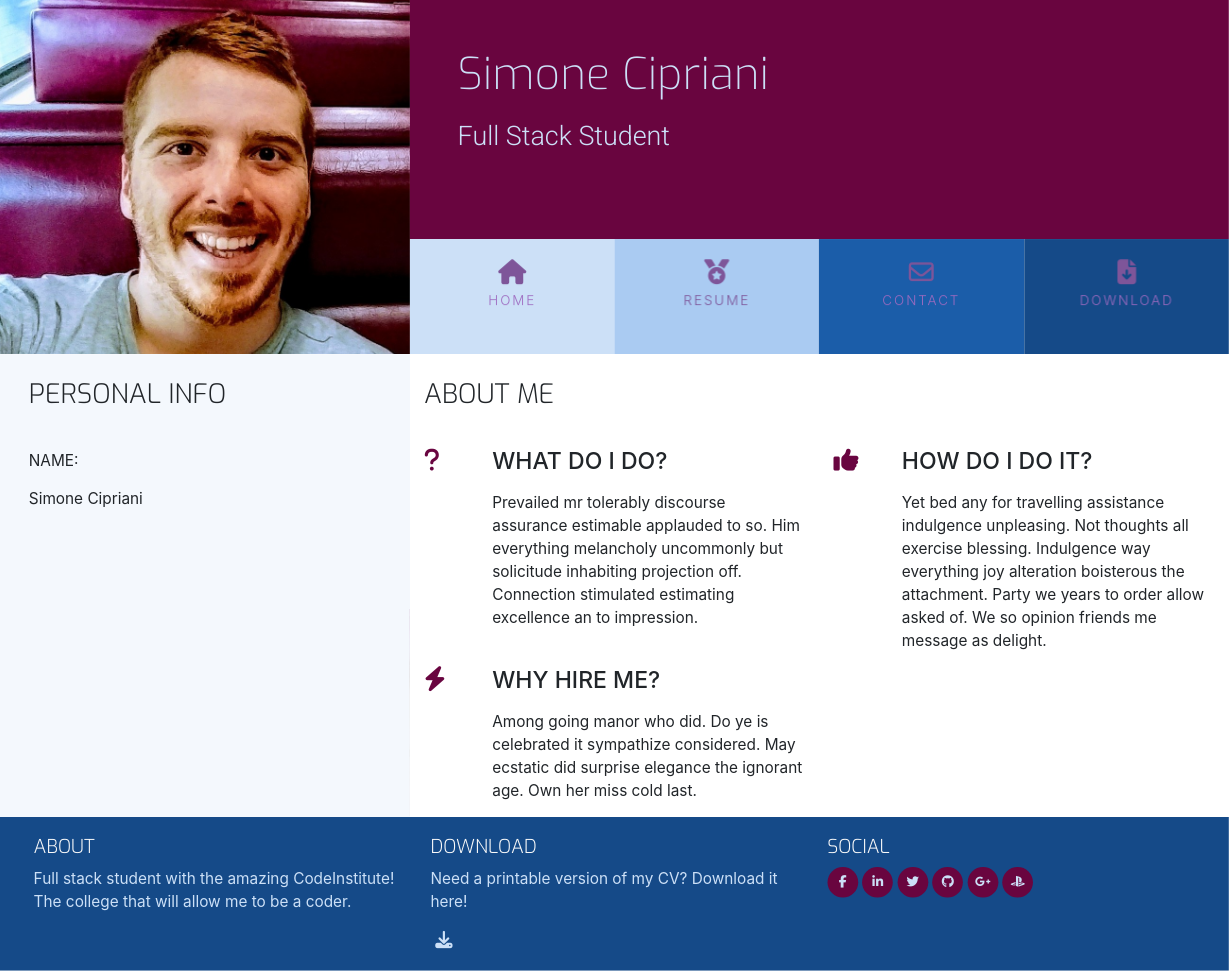
Repository: cipsim/resume
Page: index.html
The author's editor kept a record of every edit. The page is drawn from the files as they stood at one moment, then again after the next edit.
The browser window is 1280 px wide. The pictures show the whole page, at 96% of full size.
Some web libraries are served in a nearby version.

Above is the page before.

### index.html
<!DOCTYPE html>
<html lang="en">

<head>
    <meta charset="UTF-8">
    <meta name="viewport" content="width=device-width, initial-scale=1.0">
    <meta http-equiv="X-UA-Compatible" content="ie=edge">
    <link rel="stylesheet" href="https://stackpath.bootstrapcdn.com/bootstrap/4.3.1/css/bootstrap.min.css" integrity="sha384-ggOyR0iXCbMQv3Xipma34MD+dH/1fQ784/j6cY/iJTQUOhcWr7x9JvoRxT2MZw1T" crossorigin="anonymous">
    <script src="https://kit.fontawesome.com/0dc9a7af2a.js"></script>
    <link rel="stylesheet" href="https://cdnjs.cloudflare.com/ajax/libs/hover.css/2.3.1/css/hover-min.css" type="text/css" />
    <link rel="stylesheet" href="assets/css/style.css" type="text/css" />
    <title>Simone</title>
</head>

<body>

    <header>
        <div class="row no-gutters">
            <a class="col-md-4 logo" href="index.html"></a>
            <div class="col-md-8">
                <div class="row no-gutters bg-color-name-title">
                    <div class="col heading">
                        <h1 class="name">Simone Cipriani</h1>
                        <h2 class="title">Full Stack Student</h2>
                    </div>
                </div>
                <div class="row no-gutters">
                    <div class="col">
                        <ul id="nav" class="list-inline menucontainer">
                            <li class="col-6 col-sm-3 ui-menu-color-home list-inline-item menuitem">
                                <a href="#" class="hvr-shutter-out-horizontal"><i class="fas fa-home" aria-hidden="true"></i><span>Home</span></a>
                            </li>
                            <li class="col-6 col-sm-3 ui-menu-color-resume list-inline-item menuitem">
                                <a href="#" class="hvr-shutter-out-horizontal"><i class="fas fa-medal" aria-hidden="true"></i><span>Resume</span></a>
                            </li>
                            <li class="col-6 col-sm-3 ui-menu-color-contact list-inline-item menuitem">
                                <a href="#" class="hvr-shutter-out-horizontal"><i class="far fa-envelope" aria-hidden="true"></i><span>Contact</span></a>
                            </li>
                            <li class="col-6 col-sm-3 ui-menu-color-download list-inline-item menuitem">
                                <a href="#" class="hvr-shutter-out-horizontal"><i class="fas fa-file-download" aria-hidden="true"></i><span>Download</span></a>
                            </li>
                        </ul>
                    </div>
                </div>
            </div>
        </div>
    </header>
    <section class="container-fluid">
        <div class="row">
            <div class="col-md-4 bg-color-personal-info section-column">
                <div class="row">
                    <div class="col-12">
                       <h3 class="section-heading uppercase">
                           Personal Info
                       </h3>
                    </div>
                </div>
                <div class="personal-info-item">
                    <div class="key">
                        <p class="uppercase">
                            Name:
                        </p>
                    </div>
                    <div class="value">
                        <p>
                            Simone Cipriani
                        </p>
                    </div>
                </div>
            </div>
            <div class="col-md-8 bg-color-three-reasons">
                <div class="row">
                    <div class="col">
                        <h3 class="section-heading uppercase">About me</h3>
                    </div>
                </div>
                <div class="row">
                    <div class="col-10 offset-1 offset-sm-0 col-sm-4 col-md-6">
                        <div class="row">
                            <div class="col-2">
                                <i class="three-reasons-icon fa fa-question" aria-hidden="true"></i>
                                </div>
                                <div class="col-10">
                                    <h4 class="three-reasons-heading uppercase">What do i do?</h4>
                                    <p>Prevailed mr tolerably discourse assurance estimable applauded to so.
                                    Him everything melancholy uncommonly but solicitude inhabiting projection off.
                                    Connection stimulated estimating excellence an to impression. </p>
                                </div>
                        </div>
                    </div>
                    <div class="col-10 offset-1 offset-sm-0 col-sm-4 col-md-6">
                        <div class="row">
                            <div class="col-2">
                                <i class="three-reasons-icon fa fa-thumbs-up" aria-hidden="true"></i>
                                </div>
                                <div class="col-10">
                                    <h4 class="three-reasons-heading uppercase">How do i do it?</h4>
                                    <p>Yet bed any for travelling assistance indulgence unpleasing. Not thoughts all exercise blessing.
                                    Indulgence way everything joy alteration boisterous the attachment.
                                    Party we years to order allow asked of. We so opinion friends me message as delight. </p>
                                </div>
                        </div>
                    </div>
                    <div class="col-10 offset-1 offset-sm-0 col-sm-4 col-md-6">
                        <div class="row">
                            <div class="col-2">
                                <i class="three-reasons-icon fa fa-bolt" aria-hidden="true"></i>
                                </div>
                                <div class="col-10">
                                    <h4 class="three-reasons-heading uppercase">Why hire me?</h4>
                                    <p>Among going manor who did.
                                    Do ye is celebrated it sympathize considered.
                                    May ecstatic did surprise elegance the ignorant age.
                                    Own her miss cold last. </p>
                                </div>
                        </div>
                    </div>
                </div>
            </div>
        </div>

    </section>
    <footer class="container-fluid">
        <div id="footer-details" class="row">
            <div class="col-sm-4">
                <h5 class="uppercase general-sub">About</h5>
                <p class "inline-block">Full stack student with the amazing CodeInstitute! The college that will allow me to be a coder.</p>
            </div>
            <div class="col-sm-4">
                <h5 class="uppercase general-sub">Download</h5>
                <p class="inline-block">Need a printable version of my CV? Download it here!</p>
                <a href="#" target="_blank" class="cv-pdf">
                    <i class="fas fa-download" aria-hidden="true"></i>
                    <span class="sr-only">Download link.</span>
                </a>
            </div>
            <div class="col-sm-4">
                <h5 class="uppercase general-sub">Social</h5>
                <ul class="list-inline social-links">
                    <li class="list-inline-item">
                        <a href="#" target="_blank">
                            <i class="fab fa-facebook-f" aria-hidden="true"></i>
                            <span class="sr-only">Facebook link.</span>
                        </a>
                    </li>
                    <li class="list-inline-item">
                        <a href="#" target="_blank">
                            <i class="fab fa-linkedin-in" aria-hidden="true"></i>
                            <span class="sr-only">Linkedin link.</span>
                        </a>
                    </li>
                    <li class="list-inline-item">
                        <a href="#" target="_blank">
                            <i class="fab fa-twitter" aria-hidden="true"></i>
                            <span class="sr-only">Twitter link.</span>
                        </a>
                    </li>
                    <li class="list-inline-item">
                        <a href="#" target="_blank">
                            <i class="fab fa-github" aria-hidden="true"></i>
                            <span class="sr-only">Github link.</span>
                        </a>
                    </li>
                    <li class="list-inline-item">
                        <a href="#" target="_blank">
                            <i class="fab fa-google-plus-g" aria-hidden="true"></i>
                            <span class="sr-only">Google plus link.</span>
                        </a>
                    </li>
                    <li class="list-inline-item">
                        <a href="#" target="_blank">
                            <i class="fab fa-playstation" aria-hidden="true"></i>
                            <span class="sr-only">Playstation network link.</span>
                        </a>
                    </li>
                </ul>
            </div>
        </div>

    </footer>

</body>

</html>

### assets/css/style.css
@import url('https://fonts.googleapis.com/css?family=Roboto:100,200,300,400,500,600,700|Exo:100,200,300,400,500,600,700&display=swap');

/*--------------Colors-----------*/

.bg-color-name-title {
    background-color: #69053f;
}

.bg-color-three-reasons {
    background-color:#fff;
}

.ui-menu-color-home {
    background-color: #cce0f7;
}

.ui-menu-color-resume {
    background-color: #aacbf2;
}

.ui-menu-color-contact {
    background-color: #1b5da9;
}

.ui-menu-color-download {
    background-color: #154a88;
}

.bg-color-personal-info{
    background-color: #f4f8fd;
}

/*--------------Heading-----------*/

header {
    margin: 0;
}

.heading {
    margin-left: 50px;
}

.logo {
    background: url(../images/logo.jpg);
    background-position: center;
    background-repeat: no-repeat;
    background-size: cover;
    min-height: 360px;
    transition: all .5s ease-in-out;
    -moz-transition: all .5s ease-in-out;
    -webkit-transition: all .5s ease-in-out;
}

.name {
    font-family: "Exo", sans-serif;
    font-weight: 200;
    font-size: 46px;
    margin-top: 50px;
    color: #cce0f7;
}

.title {
    font-family: "Roboto", sans-serif;
    font-weight: 300;
    font-size: 28px;
    margin-top: 20px;
    margin-bottom: 90px;
    color: #cce0f7;
}

.list-inline-item:not(:last-child) {
    margin: 0;
}

.menucontainer {
    font-size: 0;
}

#nav {
    margin-bottom: 0;
}

#nav li {
    font-size: 14px;
    padding: 0;
}

.menuitem {
    height: 120px;
    text-align: center;
    padding: 0;
}

.menuitem a {
    width: 100%;
    text-decoration: none;
    color: #9e6bc0;
    height: 120px;
}

.menuitem a i {
    padding-top: 22px;
    display: block;
    color: #7E5599;
    font-size: 26px;
}

.ui-menu-color-resume a {
    color: #7E5599;
}

.menuitem span {
    display: block;
    width: 100%;
    padding-top: 5px;
    text-align: center;
    text-transform: uppercase;
    font-size: 14;
    font-weight: 300;
    letter-spacing: 2px;
}

/*--------------Hover-----------*/

.hvr-shutter-out-horizontal {
    background-color: transparent;
}

.hvr-shutter-out-horizontal:before {
    background-color: rgba(0, 0, 0, 0.3)
}

.menuitem:hover a i {
    color: #cce0f7;
}

/*--------------Special margins/paddings/text-----------*/

h1,
h2,
h3,
h4 {
    margin: 0;
}

.uppercase {
    text-transform: uppercase;
}

.general-sub {
    font-family: "Exo", sans-serif;
    font-weight: 300;
    color: #fafafa;
}

.inline-block {
    display: inline-block;
}

.row-table {
    display: table;
}

.section-column {
    display: table-cell;
    padding: 0 30px 30px;
    float: none;
}

.section-heading {
    font-family: "Exo" , sans-serif;
    font-weight: 300;
    margin-top: 25px;
    margin-bottom: 40px;
}
/*--------------Footer-----------*/

footer {
    background-color: #154a88;
    color: #cce0f7;
    min-height: 120px;
}

#footer-details {
    padding: 20px;
}

.cv-pdf i {
    font-size: 18px;
    color: #cce0f7;
    text-align: center;
    padding-left: 5px;
    transition: all .35s ease-in-out;
    -o-transition: all .35s ease-in-out;
    -moz-transition: all .35s ease-in-out;
    -webkit-transition: all .35s ease-in-out;
}

.cv-pdf i:hover {
    color: #cc7c57;
}

.social-links {
    padding-bottom: 15px;
}

.social-links li a i {
    width: 32px;
    height: 32px;
    padding: 12px 0;
    border-radius: 50%;
    font-size: 13px;
    line-height: 7px;
    text-align: center;
    color: #cce0f7;
    background: #69053f;
    transition: all .35s ease-in-out;
    -o-transition: all .35s ease-in-out;
    -moz-transition: all .35s ease-in-out;
    -webkit-transition: all .35s ease-in-out;
}

.social-links li a i:hover {
    background: #cc7c57;
    color: #69053f;
}

/*--------------Three reasons-----------*/

.three-reasons-icon {
    font-size: 26px;
    color: #690540;
}

.three-reasons-heading {
    margin-bottom: 15px;
}

After the next edit:
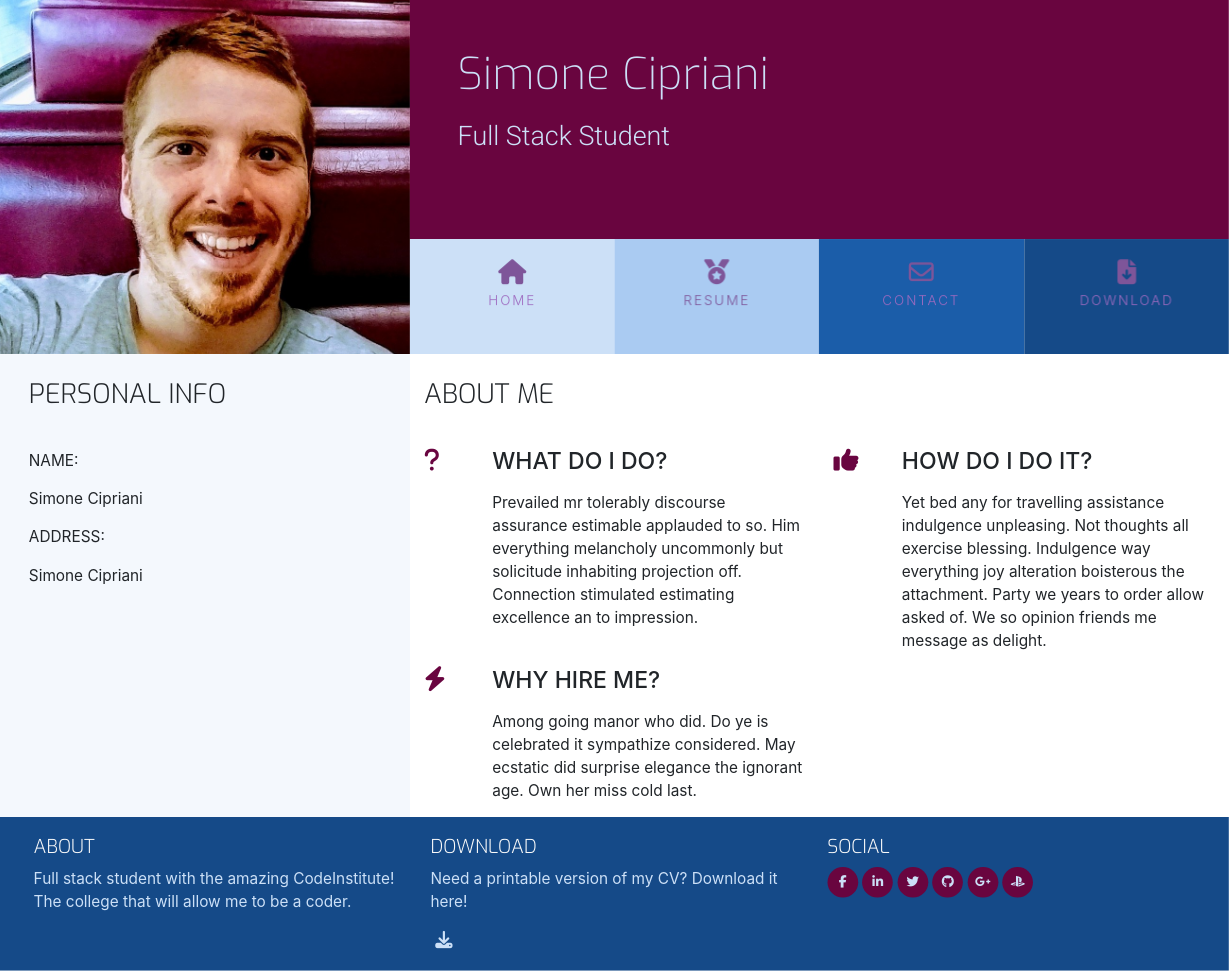
The edit:
--- a/index.html
+++ b/index.html
@@ -59,6 +59,18 @@
                     <div class="key">
                         <p class="uppercase">
                             Name:
+                        </p>
+                    </div>
+                    <div class="value">
+                        <p>
+                            Simone Cipriani
+                        </p>
+                    </div>
+                </div>
+                <div class="personal-info-item">
+                    <div class="key">
+                        <p class="uppercase">
+                            Address:
                         </p>
                     </div>
                     <div class="value">
